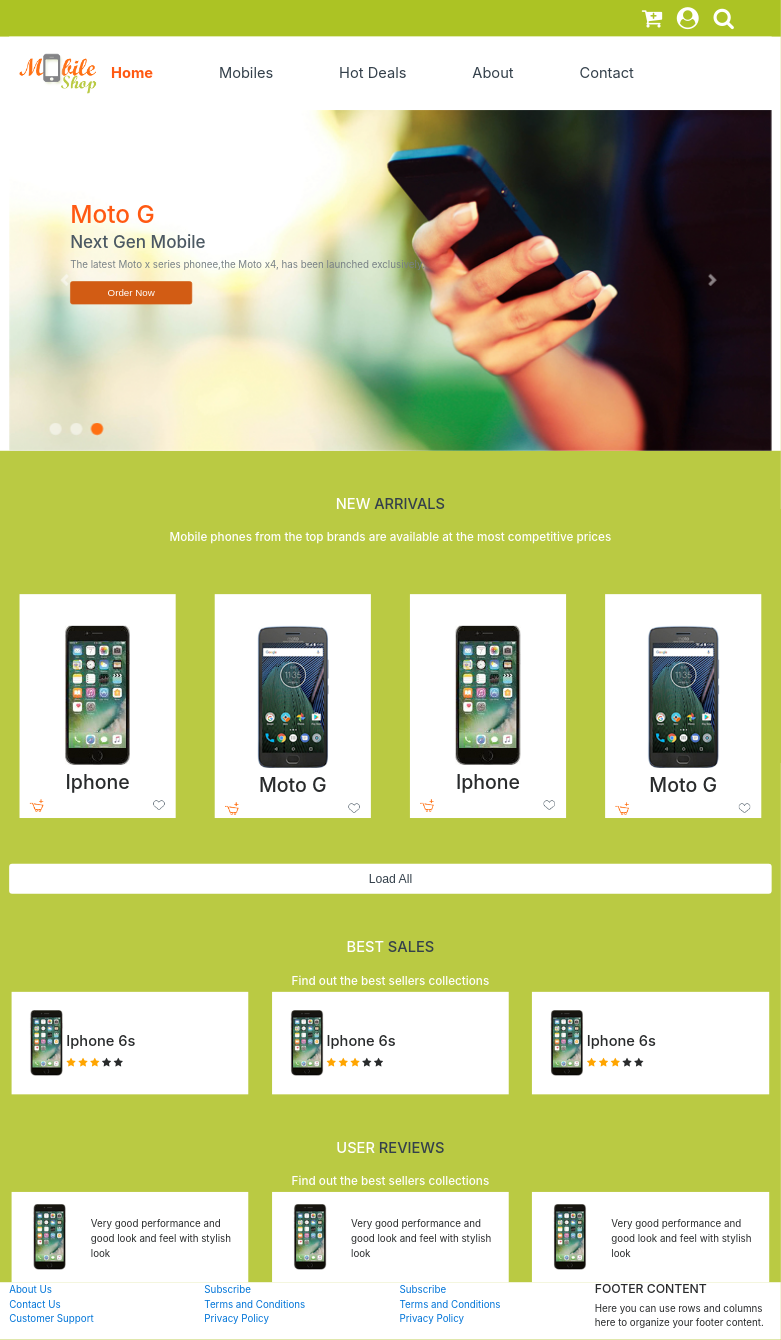
Repository: rajmohanr/mobile
Page: index.html
The author's editor kept a copy of each file at every save. The page is drawn from the files as they stood at one save, then again after the next save.
The browser window is 1280 px wide. The pictures show the whole page, at 61% of full size.

Above is the page before, as saved 2018-04-08 22:13:18.
Console error (its wording comes from the project's code and is left out).

### index.html
<!DOCTYPE html>
<html lang="en">
  <head>
    <meta charset="utf-8">
    <meta http-equiv="X-UA-Compatible" content="IE=edge">
    <meta name="viewport" content="width=device-width, initial-scale=1">

    <title>Bootstrap 4, from LayoutIt!</title>

    <meta name="description" content="Source code generated using layoutit.com">
    <meta name="author" content="LayoutIt!">

    <link href="css/bootstrap.min.css" rel="stylesheet">
	<link href="css/style.css" rel="stylesheet">
	<link rel="stylesheet" href="https://cdnjs.cloudflare.com/ajax/libs/font-awesome/4.7.0/css/font-awesome.min.css">

  </head>
  <body>

<div class="container-fluid">
	<div class="row">
		<div class="col-md-12">
			<div class="row">
				<div class="col-md-12 top-bar">
					<a href="#" class="top-bar-icons last-icon"><i class="fa fa-search"  style="font-size:36px;color:white;"></i></a>
					<a href="#" class="top-bar-icons"><i class="fa fa-user-circle"  style="font-size:36px;color:white;"></i></a>
					<a href="#" class="top-bar-icons"><i class="fa fa-cart-plus"  style="font-size:36px;color:white;"></i></a>
				</div>
			</div>
			<nav class="navbar navbar-toggleable-md navbar-light bg-faded">

				<button class="navbar-toggler navbar-toggler-right" type="button" data-toggle="collapse" data-target="#bs-example-navbar-collapse-1">
					<span class="navbar-toggler-icon"></span>
				</button> <a class="navbar-brand" href="#"><img src="images/logo.png" /></a>
				<div class="collapse navbar-collapse" id="bs-example-navbar-collapse-1">
					<ul class="navbar-nav float-md-right">
						<li class="nav-item active">
							 <a class="nav-link" href="#">Home <span class="sr-only">(current)</span></a>
						</li>
						<li class="nav-item">
							 <a class="nav-link" href="#">Mobiles</a>
						</li>
						<li class="nav-item">
								<a class="nav-link" href="#">Hot Deals</a>
						</li>
						<li class="nav-item">
								<a class="nav-link" href="#">About</a>
						</li>
						<li class="nav-item">
								<a class="nav-link" href="#">Contact</a>
						</li>
					</ul>
				</div>
			</nav>

			<div class="row">
				<div class="col-md-12">
					<div class="carousel slide" id="carousel-452932">
						<ol class="carousel-indicators">
							<li data-slide-to="0" data-target="#carousel-452932">
							</li>
							<li data-slide-to="1" data-target="#carousel-452932">
							</li>
							<li data-slide-to="2" data-target="#carousel-452932" class="active">
							</li>
						</ol>
						<div class="carousel-inner">
							<div class="carousel-item">
								<img class="d-block w-100" alt="Carousel Bootstrap First" src="images/carosuel.png" />
								<div class="carousel-caption">
									<h4>
										Moto G
									</h4>
									<h3>
										Next Gen Mobile
									</h3>
									<p>
										The latest Moto x series phonee,the Moto x4, has been launched exclusively.
									</p>
									<button type="button" class="btn btn-primary">Order Now</button>
								</div>
							</div>
							<div class="carousel-item">
								<img class="d-block w-100" alt="Carousel Bootstrap Second" src="images/carosuel.png" />
								<div class="carousel-caption">
									<h4>
										Moto G
									</h4>
									<h3>
										Next Gen Mobile
									</h3>
									<p>
										The latest Moto x series phonee,the Moto x4, has been launched exclusively.
									</p>
									<button type="button" class="btn btn-primary">Order Now</button>
								</div>
							</div>
							<div class="carousel-item active">
								<img class="d-block w-100" alt="Carousel Bootstrap Third" src="images/carosuel.png" />
								<div class="carousel-caption">
									<h4>
										Moto G
									</h4>
									<h3>
										Next Gen Mobile
									</h3>
									<p>
										The latest Moto x series phonee,the Moto x4, has been launched exclusively.
									</p>
									<button type="button" class="btn btn-primary">Order Now</button>
								</div>
							</div>
						</div> <a class="carousel-control-prev" href="#carousel-452932" data-slide="prev"><span class="carousel-control-prev-icon"></span> <span class="sr-only">Previous</span></a> <a class="carousel-control-next" href="#carousel-452932" data-slide="next"><span class="carousel-control-next-icon"></span> <span class="sr-only">Next</span></a>
					</div>
				</div>
			</div>

		</div>
	</div>
	<div id="middle-wrapper" class="row">
		<div class="col-md-12">
			<div id="middle-title" class="row">
				<div class="col-md-12">
					<h1 class="text-center">
							NEW <span class="text-highlight">ARRIVALS</span>
					</h1>
					<h2 class="text-center">
						Mobile phones from the top brands are available at the most competitive prices
					</h2>
				</div>
			</div>
			<div id="middle-box" class="row">
				<div class="col-md-3 middle-box-cont">

					<div class="image-section">
						<img src="images/mobile1.png" class="img-fluid" />
					</div>
					<div class="title-section">
						<h2>
							Iphone
						</h2>
					</div>
					<div class="bottom-section">
						<div class="cart-sec">
							<a href="#"><img src="images/cart.png"></a>
						</div>
						<div class="wishlist-sec">
							<a href="#"><img src="images/whishlist.png"></a>
						</div>

					</div>
				</div>
				<div class="col-md-3 middle-box-cont">

						<div class="image-section">
							<img src="images/mobile2.png" class="img-fluid" />
						</div>
						<div class="title-section">
							<h2>
								Moto G
							</h2>
						</div>
						<div class="bottom-section">
							<div class="cart-sec">
								<a href="#"><img src="images/cart.png"></a>
							</div>
							<div class="wishlist-sec">
								<a href="#"><img src="images/whishlist.png"></a>
							</div>

						</div>
					</div>
					<div class="col-md-3 middle-box-cont">

							<div class="image-section">
								<img src="images/mobile1.png" class="img-fluid" />
							</div>
							<div class="title-section">
								<h2>
									Iphone
								</h2>
							</div>
							<div class="bottom-section">
								<div class="cart-sec">
									<a href="#"><img src="images/cart.png"></a>
								</div>
								<div class="wishlist-sec">
									<a href="#"><img src="images/whishlist.png"></a>
								</div>

							</div>
						</div>
						<div class="col-md-3 middle-box-cont">

							<div class="image-section">
								<img src="images/mobile2.png" class="img-fluid" />
							</div>
							<div class="title-section">
								<h2>
									Moto G
								</h2>
							</div>
							<div class="bottom-section">
								<div class="cart-sec">
									<a href="#"><img src="images/cart.png"></a>
								</div>
								<div class="wishlist-sec">
									<a href="#"><img src="images/whishlist.png"></a>
								</div>

							</div>
						</div>
			</div>
			<div id="load-section" class="row">
				<div class="col-md-12">
					<button type="button" class="btn btn-primary btn-lg btn-block">
						Load All
					</button>
				</div>
			</div>
			<div id="middle-title" class="row">
				<div class="col-md-12">
					<h1 class="text-center">
							BEST <span class="text-highlight">SALES</span>
					</h1>
					<h2 class="text-center">
						Find out the best sellers collections
					</h2>
				</div>
			</div>
			<div id="best-arrival" class="row">
					<div class="col-md-4 inner-section">
						<img alt="mobile" src="images/thumbnailmobile.png" />
						<h2 class="text-center">
								Iphone 6s
						</h2>
						<div class="rating-section">
							<span class="fa fa-star checked"></span>
							<span class="fa fa-star checked"></span>
							<span class="fa fa-star checked"></span>
							<span class="fa fa-star"></span>
							<span class="fa fa-star"></span>
						</div>

					</div>
					<div class="col-md-4 inner-section">
						<img alt="mobile" src="images/thumbnailmobile.png"  />
						<h2 class="text-center">
								Iphone 6s
						</h2>
						<div class="rating-section">
							<span class="fa fa-star checked"></span>
							<span class="fa fa-star checked"></span>
							<span class="fa fa-star checked"></span>
							<span class="fa fa-star"></span>
							<span class="fa fa-star"></span>
						</div>
					</div>
					<div class="col-md-4 inner-section">
						<img alt="mobile" src="images/thumbnailmobile.png"  />
						<h2 class="text-center">
								Iphone 6s
						</h2>
						<div class="rating-section">
							<span class="fa fa-star checked"></span>
							<span class="fa fa-star checked"></span>
							<span class="fa fa-star checked"></span>
							<span class="fa fa-star"></span>
							<span class="fa fa-star"></span>
						</div>
					</div>
				</div>
				<div id="middle-title" class="row">
					<div class="col-md-12">
						<h1 class="text-center">
								USER <span class="text-highlight">REVIEWS</span>
						</h1>
						<h2 class="text-center">
							Find out the best sellers collections
						</h2>
					</div>
				</div>
				<div id="user-review" class="row">
					<div class="col-md-4 inner-section">
						<img alt="mobile" src="images/thumbnailmobile.png" />
						<p class="text-center">
							Very good performance and good look and feel with stylish look
						</p>


					</div>
					<div class="col-md-4 inner-section">
						<img alt="mobile" src="images/thumbnailmobile.png"  />
						<p class="text-center">
							Very good performance and good look and feel with stylish look
						</p>

					</div>
					<div class="col-md-4 inner-section">
						<img alt="mobile" src="images/thumbnailmobile.png"  />
						<p class="text-center">
							Very good performance and good look and feel with stylish look
						</p>

					</div>
				</div>
		</div>
	</div>
	<div class="row">


				<!--Second column-->
				<div class="col-md-3">
					<ul class="list-unstyled">
						<li>
							<a href="#!">About Us</a>
						</li>
						<li>
							<a href="#!">Contact Us</a>
						</li>
						<li>
							<a href="#!">Customer Support</a>
						</li>
					</ul>
				</div>
				<!--/.Second column-->

				<!--Second column-->
				<div class="col-md-3">
						<ul class="list-unstyled">
							<li>
								<a href="#!">Subscribe</a>
							</li>
							<li>
								<a href="#!">Terms and Conditions</a>
							</li>
							<li>
								<a href="#!">Privacy Policy</a>
							</li>
						</ul>
					</div>
					<!--/.Second column-->

				<!--Second column-->
				<div class="col-md-3">
						<ul class="list-unstyled">
							<li>
								<a href="#!">Subscribe</a>
							</li>
							<li>
								<a href="#!">Terms and Conditions</a>
							</li>
							<li>
								<a href="#!">Privacy Policy</a>
							</li>
						</ul>
					</div>
					<!--/.Second column-->

			 <!--First column-->
			 <div class="col-md-3">
					<h5 class="text-uppercase">Footer Content</h5>
					<p>Here you can use rows and columns here to organize your footer content.</p>
				</div>
				<!--/.First column-->
		</div>
		<!--/.Footer Links-->

		<!--Copyright-->
		<!-- <div class="footer-copyright py-3 text-center">
			© 2018 Copyright:
			<a href="https://mdbootstrap.com/material-design-for-bootstrap/"> MDBootstrap.com </a>
		</div> -->
		<!--/.Copyright-->

	</footer>
		</div>
	</div>
</div>

    <script src="js/jquery.min.js"></script>
    <script src="js/bootstrap.min.js"></script>
    <script src="js/scripts.js"></script>
  </body>
</html>

### css/style.css
.top-bar{
    height: 60px;
    background-color: #acc324;
}

.top-bar-icons{
    float: right;
    padding: 12px;
    position: relative;
}

.last-icon{
    margin-right: 50px;
}

.navbar{
    height: 120px;
    background-color: #fff;
}

.navbar-light .navbar-nav .active>.nav-link, .navbar-light .navbar-nav .nav-link.active, .navbar-light .navbar-nav .nav-link.open, .navbar-light .navbar-nav .open>.nav-link{
    color: #ff5912!important;
    font-weight: bold;
    font-size: 24px;
}

.navbar-nav .nav-link{
    padding-right: 100px!important;
}

.navbar-light .navbar-nav .nav-link{
    color: #34404b!important;
    font-size: 24px;
}

.carousel-caption{
    text-align: left!important;
    left: 100px!important;
    bottom: 0px!important;
    top:130px!important;
}

.carousel-caption h4{
    color: #ff5912!important;
    font-size: 2.5rem!important;
}

.carousel-caption h3{
    color: #4C5963!important;
}

.carousel-caption p{
    color: #788186!important;
}
.btn-primary{
    color: #fff;
    background-color: #D25C14!important;
    border-color: #D25C14!important;
    width: 200px;
}

.carousel-indicators li {
    border-radius: 12px;
    width: 20px;
    height: 20px;
    max-width: 20px!important;
    margin-right: 1%;
}
.carousel-indicators {
    margin-right: 5%!important;
    margin-left: 5%!important;
    justify-content: left!important;
}

.carousel-indicators .active {
    background-color: #FF7013!important;
}

#middle-wrapper{
    background-color: #BACA43;
}
#middle-box{
    margin-top: 75px;
    margin-bottom: 75px;
}
#middle-title h1{
    font-size: 1.5rem;
    color: #fff;
    margin-top: 75px;
}

#middle-title h2{
    font-size: 1.2rem;
    color: #fff;
    margin-top: 30px;

}

.middle-box-cont{
    background-color: #fff;
    margin-bottom:15px;
}

@media (min-width: 768px){
    .middle-box-cont {

        flex: 0 0 20%;
        max-width: 20%;
        height: 367px!important;
        padding: 2px;
        margin: 0 auto;
        position: relative;
        float: left;


    }
}
.image-section{
    text-align: center;
    margin: 50px;
    margin-bottom: 10px;
}

.title-section{
    text-align: center;
}

.bottom-section{

}

.cart-sec{
    width: 50%;
    float: left;
    padding-left: 15px;
    margin-bottom: 10px;

}

.wishlist-sec{
    width: 50%;
    float: right;
    text-align: right;
    padding-right: 15px;
    margin-bottom: 10px;
}

.text-highlight{
    color: #34404b!important;
}

#load-section{

}

#load-section .btn-primary{
    width: 100%!important;
    background-color: #fff!important;
    color: #34404b!important;
    border:none!important;
}

#best-arrival .inner-section{
    background-color: #fff;
    margin: 0 auto;
    padding:30px;
}

#user-review .inner-section{
    background-color: #fff;
    margin: 0 auto;
}

#user-review .inner-section img{
    margin: 20px;
}
#user-review .inner-section p{
    float: right;
    width: 68%;
    text-align: left!important;
    margin-top: 40px;
}

#best-arrival .inner-section h2{
    display: inline-block;
    font-size: 24px;
}

.checked {
    color: orange;
}

.rating-section{
    float: right;
    width: 78%;
    position: absolute;
    bottom: 40px;
    left: 90px;
}


@media (min-width: 768px){
    .inner-section {
        max-width: 30.333333%;
    }
}

Loaded but not shown: css/bootstrap.min.css (library); js/jquery.min.js (library); js/bootstrap.min.js (library); js/scripts.js (common file)

After the next save:
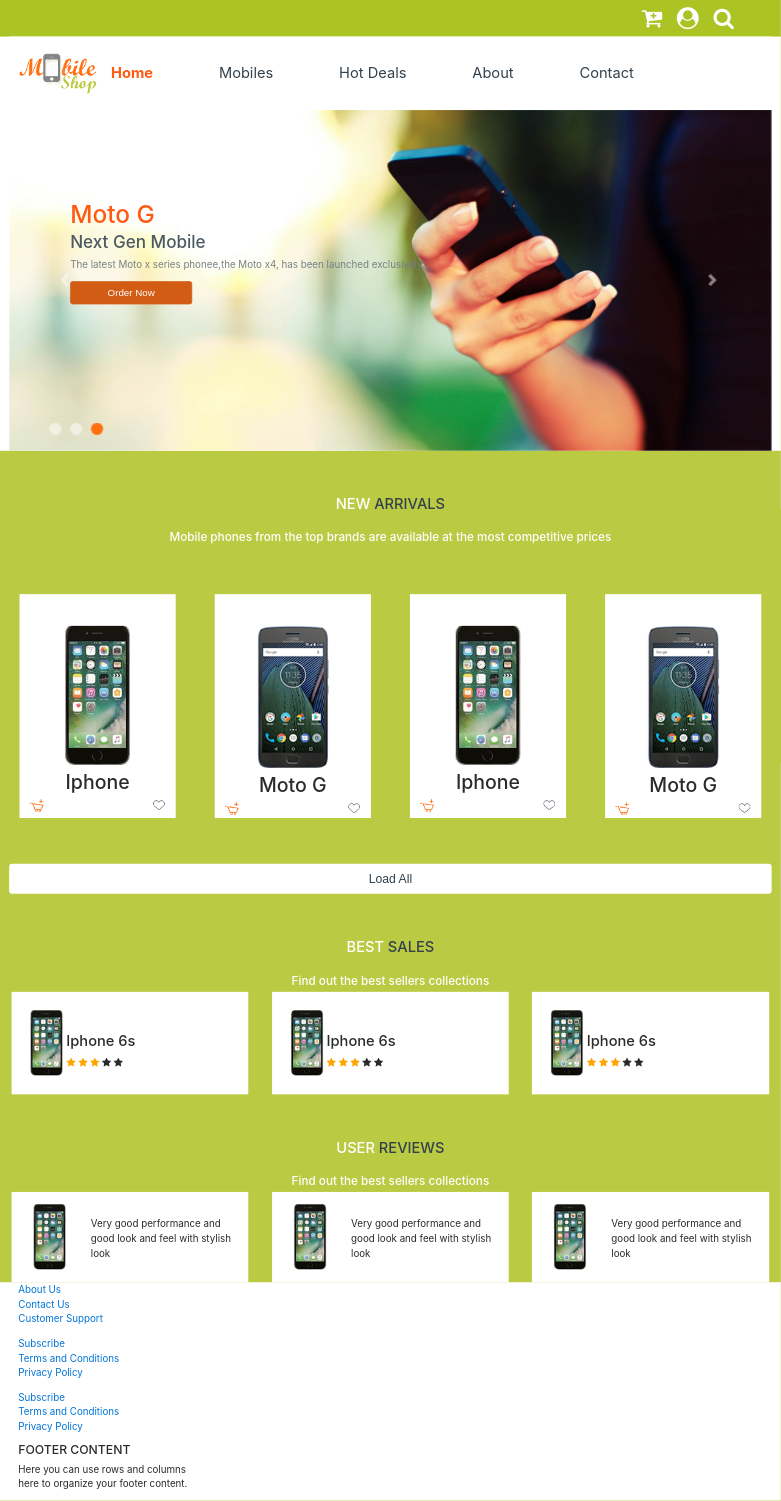
Saved 2 min 25 s later.
--- a/index.html
+++ b/index.html
@@ -307,10 +307,9 @@
 		</div>
 	</div>
 	<div class="row">
-
-
-				<!--Second column-->
-				<div class="col-md-3">
+		<div class="col-md-12">
+			<!--Second column-->
+			<div class="col-md-3">
 					<ul class="list-unstyled">
 						<li>
 							<a href="#!">About Us</a>
@@ -363,6 +362,11 @@
 					<p>Here you can use rows and columns here to organize your footer content.</p>
 				</div>
 				<!--/.First column-->
+
+		</div>
+
+
+
 		</div>
 		<!--/.Footer Links-->
 
@@ -373,7 +377,7 @@
 		</div> -->
 		<!--/.Copyright-->
 
-	</footer>
+	<!-- </footer> -->
 		</div>
 	</div>
 </div>

After the save that followed:
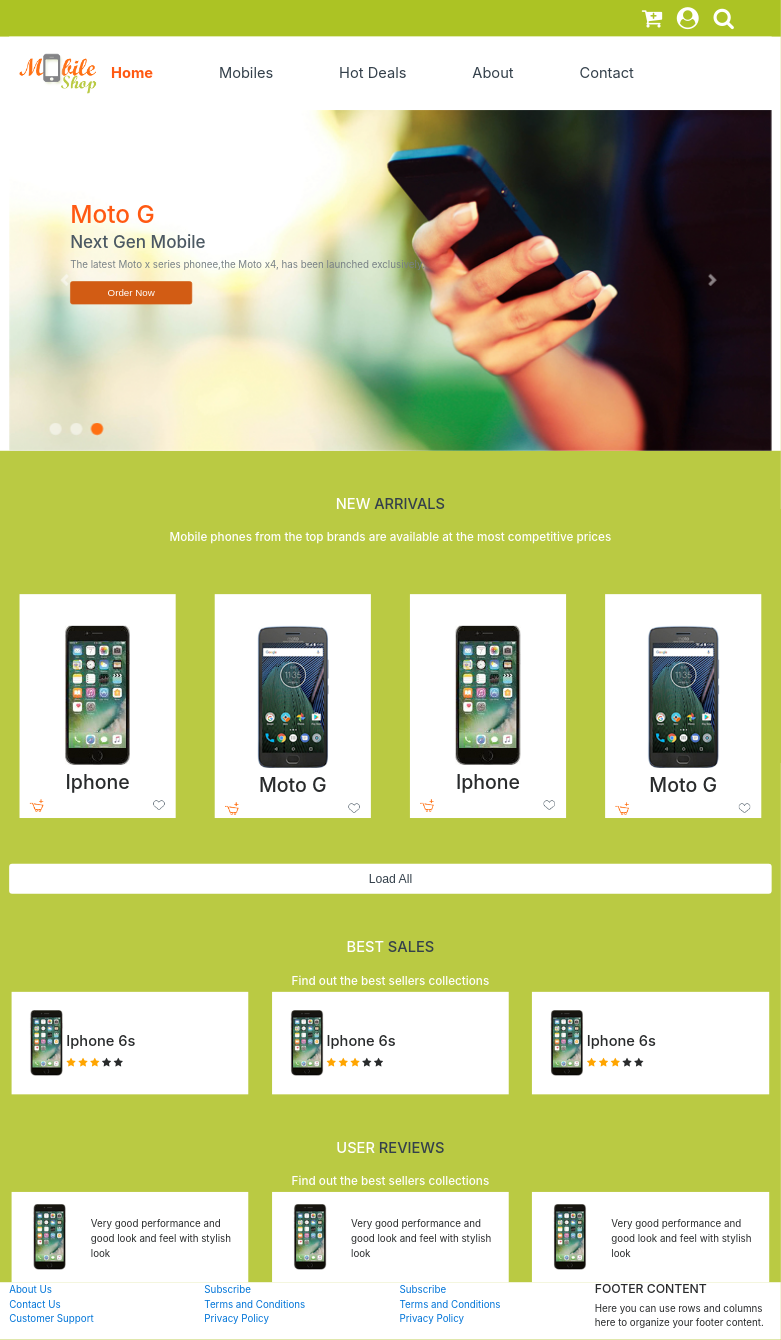
Saved 72 s later.
--- a/index.html
+++ b/index.html
@@ -308,6 +308,9 @@
 	</div>
 	<div class="row">
 		<div class="col-md-12">
+			<div class="row">
+
+
 			<!--Second column-->
 			<div class="col-md-3">
 					<ul class="list-unstyled">
@@ -362,6 +365,7 @@
 					<p>Here you can use rows and columns here to organize your footer content.</p>
 				</div>
 				<!--/.First column-->
+			</div>
 
 		</div>
 
